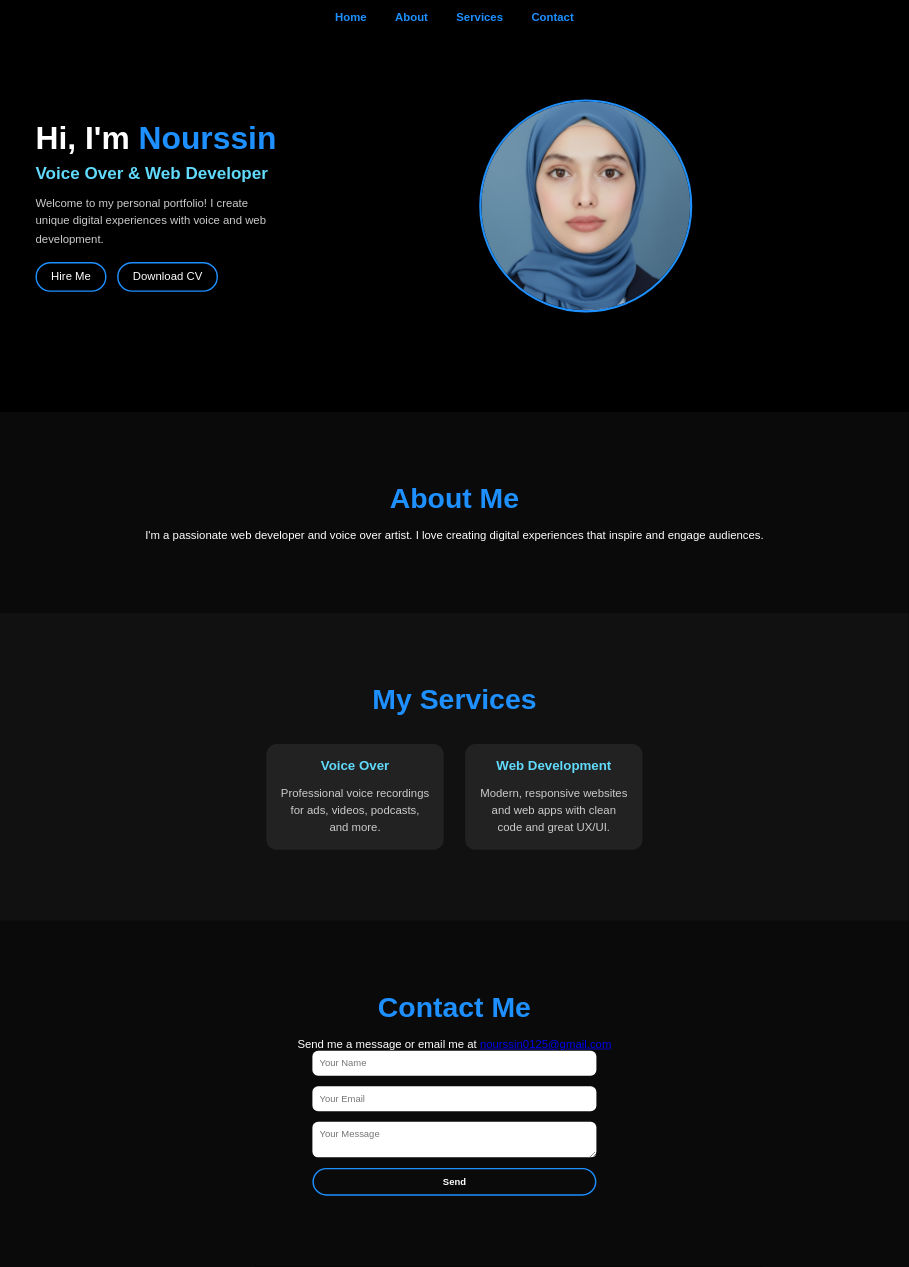
Repository: Abidar-Noura/portfolio
Page: index.html
The author's editor kept a copy of each file at every save. The page is drawn from the files as they stood at one save, then again after the next save.
The browser window is 1280 px wide. The pictures show the whole page, at 71% of full size.

Above is the page before, as saved 2025-11-02 11:17:30.

After the next save:
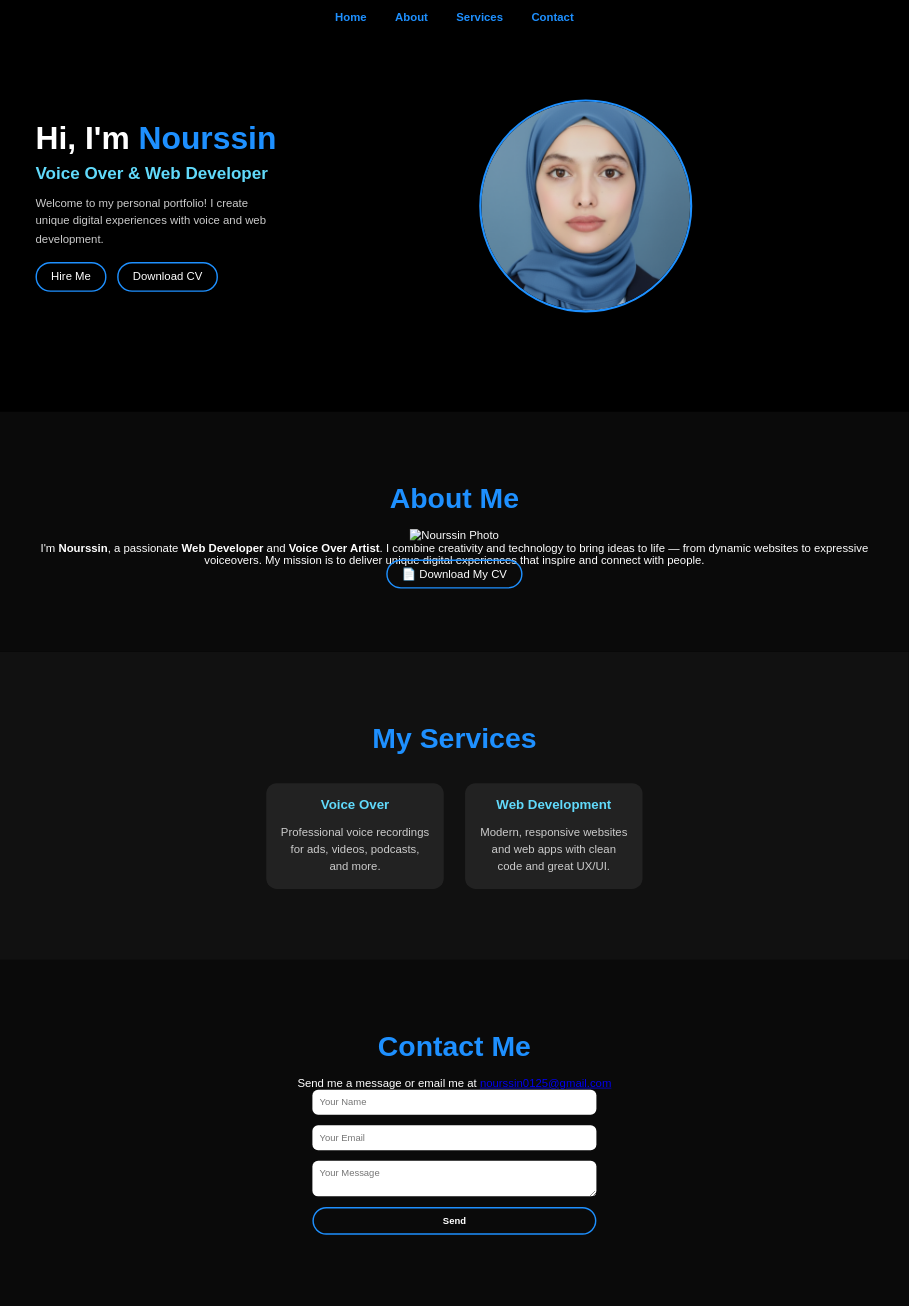
Not found: images/profile2.jpg
Saved 14 min 47 s later.
--- a/index.html
+++ b/index.html
@@ -37,10 +37,21 @@
   </section>
 
   <!-- ===== ABOUT SECTION ===== -->
-  <section class="about" id="about">
-    <h2>About Me</h2>
-    <p>I'm a passionate web developer and voice over artist. I love creating digital experiences that inspire and engage audiences.</p>
-  </section>
+ <section id="about" class="about">
+  <h2>About Me</h2>
+  <div class="about-content">
+    <img src="images/profile2.jpg" alt="Nourssin Photo">
+    <div class="text">
+      <p>
+        I'm <strong>Nourssin</strong>, a passionate <strong>Web Developer</strong> and <strong>Voice Over Artist</strong>.
+        I combine creativity and technology to bring ideas to life — from dynamic websites to expressive voiceovers.
+        My mission is to deliver unique digital experiences that inspire and connect with people.
+      </p>
+      <a href="cv/Nourssin_CV.pdf" download class="btn">📄 Download My CV</a>
+    </div>
+  </div>
+</section>
+
 
   <!-- ===== SERVICES SECTION ===== -->
   <section class="services" id="services">
